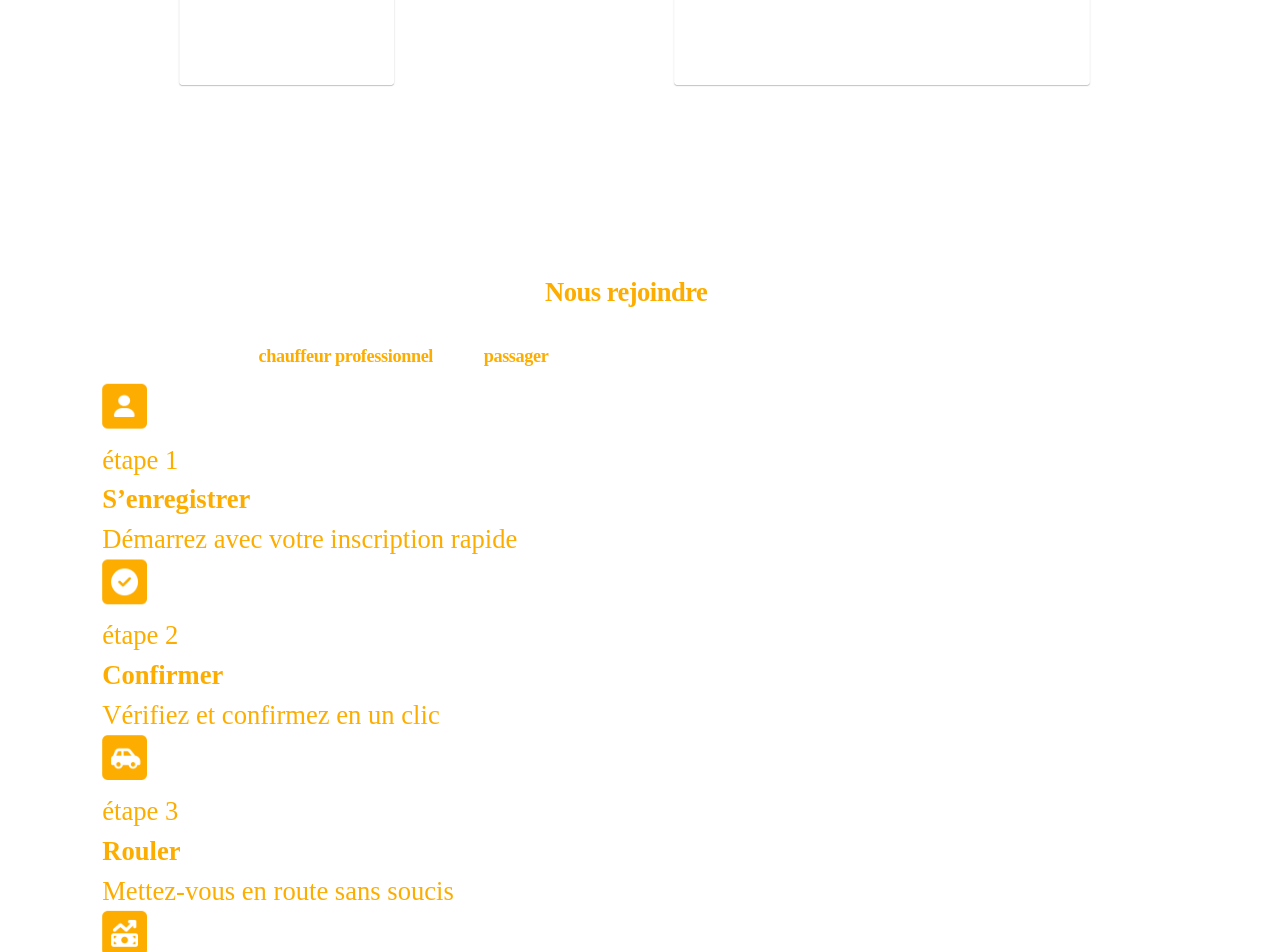
Repository: MariaMP2501/TestMap
Page: /
The author's editor kept a copy of each file at every save. The page is drawn from the files as they stood at one save, then again after the next save.
The browser window is 1280 px wide. The page is 1813 px wide, so the pictures cover 1813 px, including what lies to the right of the window. The pictures show the part of the page from y = 825 to 2185 px (the page is 2517 px tall before and 2595 px after), at 70% of full size.
Pictures or frames that could not be fetched are drawn as grey boxes. Some web fonts or font styles are not loaded; a fallback is used. The project was rebuilt for these pictures with package versions that can differ from the ones it lists, and the page was loaded fresh each time. Also part of the build but not shown: vite.config.ts, src/components/hooks/useTranslate.tsx.

Above is the page before, as saved 2024-03-20 12:57:42.

### index.html
<!doctype html>
<html lang="en">
  <head>
    <meta charset="UTF-8" />
    <link rel="icon" type="image/svg+xml" href="/vite.svg" />
    <meta name="viewport" content="width=device-width, initial-scale=1.0" />
    <link rel="icon" href="./src/assets/logo.png" type="image/x-icon">
    <meta name="description" content="Réservez vos trajets avec Transport Concept, le réseau de transport ultime en France. Voyagez en toute sécurité et confort.">
    <meta name="keywords" content="transport, mobilité, réservation, France, réseau de transport">
    <title>TRANSPORT CONCEPT</title>
    <meta name="viewport" content="width=device-width, initial-scale=1.0">
    <link rel='preconnect' href='https://fonts.googleapis.com'>
    <style>
      @import url('https://fonts.googleapis.com/css2?family=Antonio:wght@300&family=Anybody:ital,wght@0,100..900;1,100..900&display=swap')
      </style>
  </head>
  <body>
    <div id="root"></div>
    <script type="module" src="/src/main.tsx"></script>
  </body>
</html>

### src/main.tsx
import React from 'react';
import { createRoot } from 'react-dom/client';
import { IntlProvider } from 'react-intl';
import App from './App.tsx';
import './index.css';

const messages_fr = {
};

const root = createRoot(document.getElementById('root')!);
root.render(
  <React.StrictMode>
    <IntlProvider locale="fr" messages={messages_fr}>
      <App />
    </IntlProvider>
  </React.StrictMode>
);

### src/App.tsx
import "./App.css"
import { IntlProvider } from 'react-intl';
import Navbar from './components/Navbar';
import Footer from './components/Footer';

import Section1 from './components/Section1';
import Section2 from "./components/Section2";

const appStyle = {
  margin: 0,
};

function App() {
  return <>
  <Navbar/>
  <Section1/>
  <Section2/>
  {/* <Footer/> */}
  </>;
}

export default App;

### src/index.css
@import url('https://fonts.googleapis.com/css2?family=Anybody:wght@600&display=swap');
:root {
  font-family: Inter, system-ui, Avenir, Helvetica, Arial, sans-serif;
  line-height: 1.5;
  font-weight: 400;
  color-scheme: light dark;
  color: rgba(255, 255, 255, 0.87);

  font-synthesis: none;
  text-rendering: optimizeLegibility;
  -webkit-font-smoothing: antialiased;
  -moz-osx-font-smoothing: grayscale;
  -webkit-text-size-adjust: 100%;
}


body {
  margin: 0;
  display: flex;
}

### src/App.css
@import url('https://fonts.googleapis.com/css2?family=Anybody:wght@400;600;700&display=swap');
@import url('https://fonts.googleapis.com/css2?family=Red+Hat+Display:wght@400&display=swap');
@import url('https://fonts.googleapis.com/css2?family=Poppins:wght@400;600&display=swap');
@import url('https://fonts.googleapis.com/css2?family=Red+Hat+Text:wght@400&display=swap');
@import url('https://fonts.googleapis.com/css2?family=Inter:wght@600&display=swap');
body, h1, h2, h3, p, div, ul, li {
	margin: 0;
	padding: 0;
	/* background: #000; */
	z-index: -1;

  }
  body{
	scroll-padding-top: 20%;
  }

### src/components/Navbar.tsx
import React, { FunctionComponent, useState } from 'react';
import CallIcon from '@mui/icons-material/Call';
import MailIcon from '@mui/icons-material/Mail';
import curveSVG from '../assets/navbar1.svg';
import logo from '../assets/logo.png';

const Navbar: FunctionComponent = () => {
    const isMobile = window.innerWidth <= 768;



  // Styles CSS en ligne
  const navbarStyle = {
    position:'fixed',
    width:'100%',
    zIndex: 4,
    backgroundImage: `url('/assets/navbar1.svg')`,
    backgroundSize: 'cover',
  };


  const leftSectionStyle = {
    display: 'flex',
    position:'relative',
    zIndex:'1',
  };

  const logoStyle = {
    marginLeft: '1%',
    marginTop: '1%',
    width: '50px',
    height: '50px',
  };

  const titleStyle = {
    display: 'flex',
    gap: '1.5%',
    color: '#fff',
    fontSize: '1.4vw',
    fontFamily: 'Anybody',
    margin: '1.5rem',
  };

  const highlightStyle = {
    color: '#f4bc31',
  };

  const buttonsContainerStyle = {
    position: 'absolute',
    top: '2rem',
    transform: 'translateY(-50%)',
    right: '20px',
    display: 'flex',
    gap: '20px',
    zIndex: 2,
  };
  const buttonHoverStyle = {
    backgroundColor: '#f4bc31', // Nouvelle couleur de fond au survol
    color: '#fff', // Nouvelle couleur de texte au survol
  };

  const buttonStyle = {
    backgroundColor: '#fff',
    border: 'none',
    borderRadius: '50%',
    width: isMobile ? '20px' : '2vw',
    height: isMobile ? '20px' : '2vw',
    color: '#000',
    transition: 'background-color 0.3s, color 0.3s',
    display: 'flex',
    alignItems: 'center',
    justifyContent: 'center',
    cursor: 'pointer',
  };

  const btnLangueStyle = {
    ...buttonStyle,
    width: isMobile ? 'auto' : '2vw',
    padding: isMobile ? '0 5px' : '0',
    fontSize: isMobile ? '12px' : '1vw',
    fontWeight: 900,
    fontFamily: 'Anybody',
  };

  const handleCallClick = () => {
    window.location.href = 'https://wa.me/33745103736';
  };

  const handleMailClick = () => {
    window.location.href = 'mailto:support@transportconcept.fr';
  };

  const [showLangueMenu, setShowLangueMenu] = useState(false);

  const handleLangueClick = () => {
    setShowLangueMenu(!showLangueMenu);
  };
  const [hoveredButton, setHoveredButton] = useState(null);

// Fonctions pour gérer le survol des boutons
const handleButtonMouseEnter = (btnName) => {
  setHoveredButton(btnName);
};

const handleButtonMouseLeave = () => {
  setHoveredButton(null);
};
const [isLangueButtonHovered, setLangueButtonHovered] = useState(false);

  // Rendu du composant
  return (
    <div className="navbar" style={navbarStyle}>
      {/* Logo et titre */}
      <div className="left-section" style={leftSectionStyle}>
      <img style={{ position: 'absolute', top: 0, left: 0, zIndex: -1, width: '100%', height: 'auto'}} alt="" src={curveSVG} />

        <img src={logo} alt="home" style={logoStyle} />
        <h2 style={titleStyle}>
          TRANSPORT <span style={highlightStyle}>CONCEPT</span>
        </h2>
      </div>

      {/* Boutons */}
      <div className='hidden md:flex gap-6' style={buttonsContainerStyle}>
      <a
        style={hoveredButton === 'call' ? { ...buttonStyle, ...buttonHoverStyle } : buttonStyle}
        className="btnCall icon"
        onMouseEnter={() => handleButtonMouseEnter('call')}
        onMouseLeave={handleButtonMouseLeave}
        onClick={handleCallClick}
      >
        <CallIcon style={{ fontSize: '18px' }} />
      </a>
      <a
        style={hoveredButton === 'mail' ? { ...buttonStyle, ...buttonHoverStyle } : buttonStyle}
        className="btnMail icon"
        onMouseEnter={() => handleButtonMouseEnter('mail')}
        onMouseLeave={handleButtonMouseLeave}
        onClick={handleMailClick}
      >
        <MailIcon style={{ fontSize: '18px' }} />
      </a>
      <button
        style={isLangueButtonHovered ? { ...btnLangueStyle, ...buttonHoverStyle } : btnLangueStyle}
        className="btnLangue"
        onMouseEnter={() => setLangueButtonHovered(true)}
        onMouseLeave={() => setLangueButtonHovered(false)}
        onClick={handleLangueClick}
      >
        {showLangueMenu ? 'EN' : 'FR'}
      </button>
    </div>
  </div>
);
};

export default Navbar;

### src/components/Section1.tsx
import React, { FunctionComponent } from 'react';
import { CommandCard } from './CommandCard';
import { MapCard } from './MapCard';
import { StepProgressBar } from './StepProgressBar';
import { ReservationForm } from './ReservationForm';

const Section1: FunctionComponent = () => {
    const sectionStyle = {
        margin: '8rem',
		fontFamily: 'Anybody',
    };
    const sectionCardStyle = {
        margin: '8rem',
        display: 'flex',
		fontFamily: 'Anybody',
    };

    const command_Card_Style = {
        flex: '1',
        width: '40%', // Changer la largeur pour occuper 1/3 de l'écran
        heigth: '20rem',
        zIndex: '3',
    };

    const map_Card_Style = {
        flex: '1',
        width: '66.66%',
		marginLeft:'25rem',
        zIndex: '3',
    };

    return (

        <div className='section1' style={sectionStyle}>

        <StepProgressBar/>
        <ReservationForm/>
        <div className='section1' style={sectionCardStyle}>

            <div style={command_Card_Style}>
                Reservation
                <CommandCard/>
            </div>
            <div style={map_Card_Style}>
                Maps
                <MapCard/>
            </div>
        </div>
        </div>
    );
};

export default Section1;

### src/components/Section2.tsx
import { FunctionComponent } from 'react';
import imgUser from '../assets/imgUser.png';
import imgCheck from '../assets/imgCheck.png';
import imgCar from '../assets/imgCar.png';
import imgDolar from '../assets/imgDolar.png';

const Section2: FunctionComponent = () => {
  const sectionStyle = {
    width: '100%',
    alignItems: 'center',
    justifyContent: 'center',
    padding: '139px 146px',
    boxSizing: 'border-box',
	backgroundColor:'#0000',
    gap: '78px',
    textAlign: 'left',
    fontSize: '38px',
    color: '#fdad00',
    fontFamily: 'Anybody',
	backgroundColor: '#0000',
  };

  const frameStyle = {
    width: '1474px',
    overflow: 'hidden',
    flexShrink: 0,
    display: 'flex',
    flexDirection: 'column',
    alignItems: 'center',
    justifyContent: 'center',
    gap: '52px',
  };

  const textStyle = {
    position: 'relative',
    letterSpacing: '-0.02em',
    lineHeight: '56px',
    display: 'inline-block',
    height: '56px',
    marginLeft: '23px',
  };

  const descriptionStyle = {
    position: 'relative',
    fontSize: '26px',
    letterSpacing: '-0.02em',
    lineHeight: '26px',
    display: 'flex',
    textAlign: 'center',
    alignItems: 'center',
    width: '1460px',
    height: '52px',
    marginRight: '14px',
    color: '#fff',
  };

  const imgStyle = {
    width: '4rem',
    height: '4rem',
  };

  return (
    <div style={sectionStyle}>
      <div style={frameStyle}>
        <b style={textStyle}>Nous rejoindre</b>
        <b style={descriptionStyle}>
          <span>
            Que vous soyez un{' '}
            <span style={{ color: '#fdad00' }}>chauffeur professionnel</span> ou un{' '}
            <span style={{ color: '#fdad00' }}>passager</span> rejoignez notre réseau et bénéficiez d'offres exclusives
            avec nos partenaires. Faisons de chaque trajet une aventure unique
          </span>
        </b>
      </div>
      <div className="frame1">
        <div className="frame2">
          <div className="frame3">
            <div className="etape1">
              <img className="imguserIcon" alt="" src={imgUser} style={imgStyle} />
              <div className="title">étape 1</div>
              <b className="subtitle">S’enregistrer</b>
              <div className="description1">Démarrez avec votre inscription rapide</div>
            </div>
            <div className="tape2">
              <img className="imgCheck" alt="" src={imgCheck} style={imgStyle} />
              <div className="title">étape 2</div>
              <b className="subtitle1">Confirmer</b>
              <div className="description2">Vérifiez et confirmez en un clic</div>
            </div>
          </div>
          <div className="frame4">
            <div className="tape3">
              <img className="imgCar" alt="" src={imgCar} style={imgStyle} />
              <div className="title">étape 3</div>
              <b className="subtitle">Rouler</b>
              <div className="description3">Mettez-vous en route sans soucis</div>
            </div>
            <div className="tape3">
              <img className="imgDolar" alt="" src={imgDolar} style={imgStyle} />
              <div className="title">étape 4</div>
              <b className="subtitle">Gagner</b>
              <div className="description3">Atteignez vos objectifs avec nous</div>
            </div>
          </div>
        </div>
      </div>
    </div>
  );
};

export default Section2;

### src/components/CommandCard.tsx
import { Card, Box, Typography } from "@mui/material";
import { styled } from "@mui/system";
import PersonIcon from "@mui/icons-material/Person";
import AccessTimeIcon from "@mui/icons-material/AccessTime";

const StyledCard = styled(Card)`
  padding: 2px;
  display: flex;
  flex-direction: row;
  img {
    width: 12em;
    height: 20em;
    border-radius: 5%;
  }
`;

interface CommandCardProps {
  formul: String;
  nbOfPassenger: number;
  price: String;
  timeEstimated: number;
  scheduledDropOff: String;
}

export const CommandCard = ({
  formul,
  nbOfPassenger,
  price,
  timeEstimated,
  scheduledDropOff,
}: CommandCardProps) => {
  return (
    <StyledCard>
      <Box
        sx={{
          display: "flex",
          justifyContent: "flex-start",
        }}
      >
        <img src="https://picsum.photos/200/300" alt="car image" />
      </Box>
      <Box
        sx={{
          width: 1,
          padding: "1em",
          display: "flex",
          flexDirection: "column",
          justifyContent: "space-between",
        }}
      >
        <Box
          sx={{
            display: "flex",
            flexDirection: "row",
            justifyContent: "space-between",
          }}
        >
          <Box sx={{ display: "flex", flexDirection: "row" }}>
            <Typography>{formul}</Typography>
            <PersonIcon />
            <Typography>{nbOfPassenger}</Typography>
          </Box>
          <Typography>{price}€</Typography>
        </Box>
        <Box sx={{ display: "flex", flexDirection: "row" }}>
          <AccessTimeIcon />
          <Typography sx={{ textAlign: "start" }}>
            {timeEstimated} min / Depose Prévu {scheduledDropOff}
          </Typography>
        </Box>
      </Box>
    </StyledCard>
  );
};

### src/components/MapCard.tsx
import { Card, Box, Typography } from "@mui/material";
import { styled } from "@mui/system";
import PersonIcon from "@mui/icons-material/Person";
import AccessTimeIcon from "@mui/icons-material/AccessTime";

const MapStyledCard = styled(Card)`
  padding: 2px;
  display: flex;
  flex-direction: row;
  img {
    width: 30em;
    height: 20em;
    border-radius: 5%;
  }
`;

interface MapCardProps {
  formul: String;
  nbOfPassenger: number;
  price: String;
  timeEstimated: number;
  scheduledDropOff: String;
}

export const MapCard = ({
  formul,
  nbOfPassenger,
  price,
  timeEstimated,
  scheduledDropOff,
}: MapProps) => {
  return (
    <MapStyledCard>
      <Box
        sx={{
          display: "flex",
          justifyContent: "flex-start",
        }}
      >
        <img src="https://picsum.photos/200/300" alt="car image" />
      </Box>
      <Box
        sx={{
          width: 1,
          padding: "1em",
          display: "flex",
          flexDirection: "column",
          justifyContent: "space-between",
        }}
      >
        <Box
          sx={{
            display: "flex",
            flexDirection: "row",
            justifyContent: "space-between",
          }}
        >
          <Box sx={{ display: "flex", flexDirection: "row" }}>
            <Typography>{formul}</Typography>
            <PersonIcon />
            <Typography>{nbOfPassenger}</Typography>
          </Box>
          <Typography>{price}€</Typography>
        </Box>
        <Box sx={{ display: "flex", flexDirection: "row" }}>
          <AccessTimeIcon />
          <Typography sx={{ textAlign: "start" }}>
            {timeEstimated} min / Depose Prévu {scheduledDropOff}
          </Typography>
        </Box>
      </Box>
    </MapStyledCard>
  );
};

### src/components/StepProgressBar.tsx
import { Step, Stepper, StepLabel } from "@mui/material";
import { styled } from "@mui/system";

const CustomStepLabel = styled(StepLabel)`
  & .MuiStepIcon-root {
    color: black;
  }
  & .MuiStepLabel-label {
    color: grey;
    font-size: 1em;
  }

  & .Mui-active {
    color: orange !important;
  }
  & .Mui-completed {
    color: green !important;
  }
`;

export const StepProgressBar = () => {
  const steps = [
    "Reservation",
    "Selectionner un vehicule",
    "Paiement",
    "Confirmation",
  ];

  return (
    <Stepper activeStep={1} alternativeLabel>
      {steps.map((label) => (
        <Step key={label}>
          <CustomStepLabel>{label}</CustomStepLabel>
        </Step>
      ))}
    </Stepper>
  );
};

### src/components/ReservationForm.tsx
import { useState } from "react";
import { useForm, Controller } from "react-hook-form";
import { ConfirmationButton } from "./ConfirmationButton";
import { styled, useTheme } from "@mui/system";
import { SelectChangeEvent } from "@mui/material";
import { UseTranslate, translate } from "./hooks/useTranslate";
import {
  TextField,
  Box,
  FormControl,
  InputLabel,
  Select,
  MenuItem,
} from "@mui/material";

import { FormFieldsType, ReservationFormValueType } from "./types/genericTypes";

const CustomForm = styled(FormControl)`
  display: flex;
  flex-direction: column;
  margin: 2em;
`;

type FieldLabel = "departure" | "destination" | "dateHours" | "nbOfPassenger";

export const ReservationForm = () => {
  const {
    control,
    handleSubmit,
    formState: { errors },
  } = useForm({
    defaultValues: {
      departure: "",
      destination: "",
      dateHours: "",
      nbOfPassenger: 1,
    },
  });

  const theme = useTheme();
  const [selectValue, setSelectValue] = useState<number>(1);

  const onSubmit = (values: ReservationFormValueType) => {
    console.log("values", values);
  };

  const handleChange = (e: SelectChangeEvent<string>) => {
    setSelectValue(parseInt(e.target.value));
  };

  const fields: FormFieldsType[] = [
    {
      label: translate("departure"),
      register: "departure",
      required: true,
    },
    {
      label: translate("destination"),
      register: "destination",
      required: true,
    },
    {
      label: translate("dateHours"),
      register: "dateHours",
      required: true,
    },
    {
      label: translate("nbOfPassenger"),
      register: "nbOfPassenger",
      option: "select",
      required: true,
    },
  ];

  return (
    <div>
      <CustomForm onSubmit={handleSubmit(onSubmit)}>
        {fields?.map((componentFields) => {
          return (
            <Controller
              key={String(componentFields.label)}
              name={componentFields.register as FieldLabel}
              control={control}
              rules={{ required: componentFields.required }}
              render={({ field }) =>
                !componentFields.option ? (
                  <>
                    <TextField
                      {...componentFields}
                      sx={{ marginBottom: "0.5em" }}
                      color="primary"
                      InputProps={{
                        style: { background: "transparent" },
                        startAdornment:
                          componentFields.icon && componentFields.icon,
                      }}
                      {...field}
                    />
                    {errors[componentFields.register as FieldLabel] && (
                      <UseTranslate id="formError.fieldRequired" />
                    )}
                  </>
                ) : (
                  <FormControl fullWidth>
                    <InputLabel id="nbOfPassengers">
                      {componentFields.label}
                    </InputLabel>
                    <Select
                      {...componentFields}
                      labelId="nbOfPassengers"
                      id="nbOfPassengers"
                      value={selectValue.toString()}
                      onChange={handleChange}
                      {...componentFields}
                    >
                      {[1, 2, 3, 4].map((option) => (
                        <MenuItem key={option} value={option}>
                          {option}
                        </MenuItem>
                      ))}
                    </Select>
                  </FormControl>
                )
              }
            />
          );
        })}

        <Box sx={{ width: "50%", marginLeft: "auto" }}>
          {/* <ConfirmationButton
            buttonTitle={translate("estimation")}
            buttonBottomColor={theme.palette.secondary.main}
            buttonAction={handleSubmit(onSubmit)}
          /> */}
        </Box>
      </CustomForm>
    </div>
  );
};

After the next save:
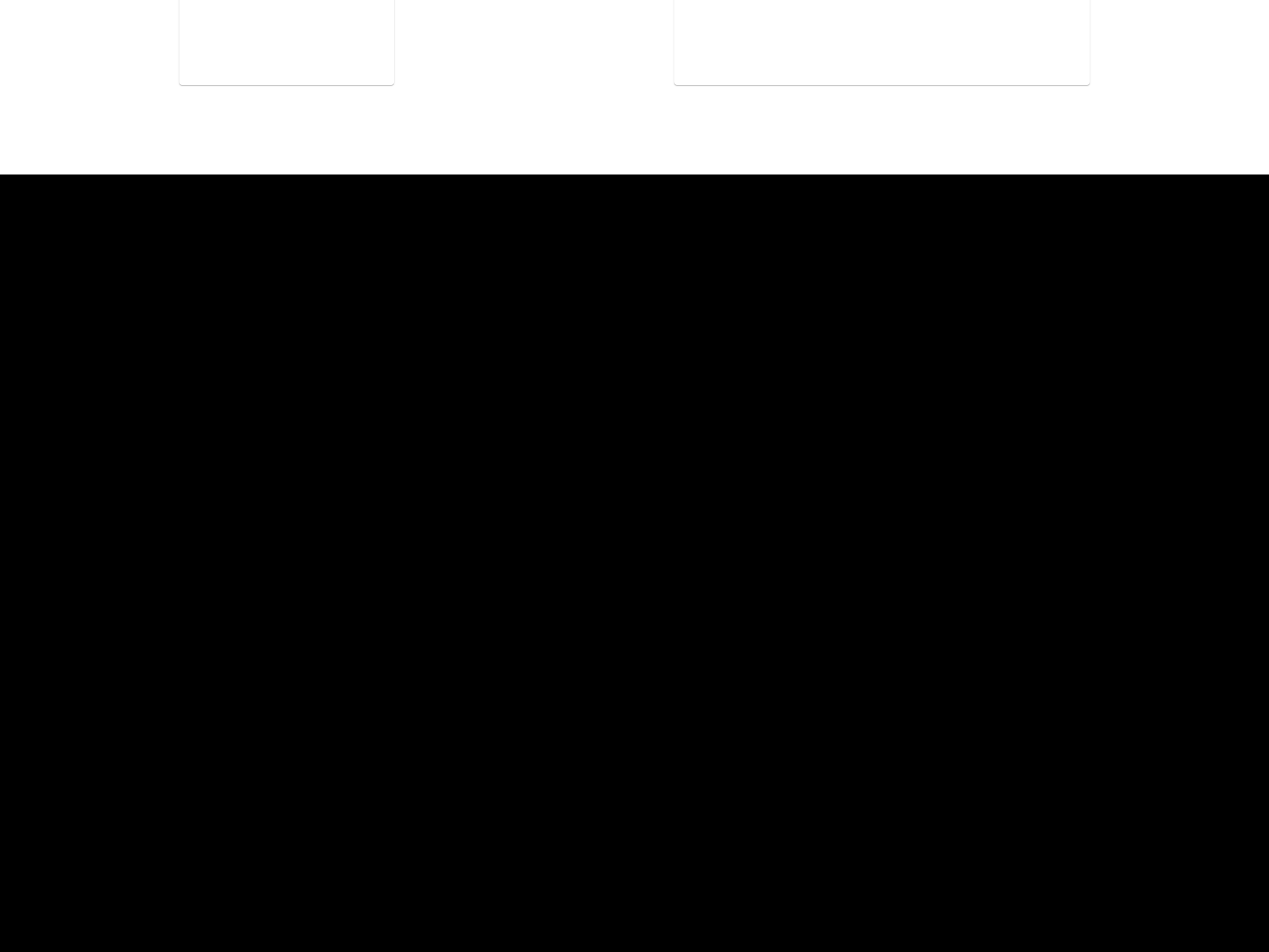
Saved 20 s later.
--- a/src/components/Section2.tsx
+++ b/src/components/Section2.tsx
@@ -7,6 +7,9 @@ import imgDolar from '../assets/imgDolar.png';
 const Section2: FunctionComponent = () => {
   const sectionStyle = {
     width: '100%',
+    display: 'flex',
+    flexDirection: 'row',
+    flexWrap: 'wrap',
     alignItems: 'center',
     justifyContent: 'center',
     padding: '139px 146px',
@@ -17,7 +20,7 @@ const Section2: FunctionComponent = () => {
     fontSize: '38px',
     color: '#fdad00',
     fontFamily: 'Anybody',
-	backgroundColor: '#0000',
+	backgroundColor: '#000',
   };
 
   const frameStyle = {
